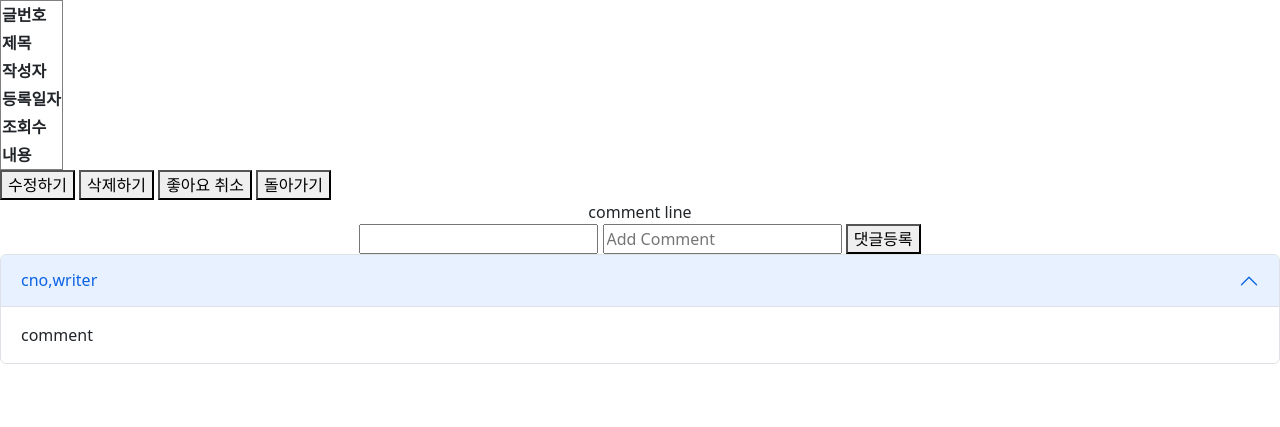
Repository: WoodongMaster/JSP_Workspace
Page: http://localhost/jsp_project/board/post.jsp
The author's editor kept a copy of each file at every save. The page is drawn from the files as they stood at one save, then again after the next save.
The browser window is 1280 px wide. The pictures show the whole page.
The page is served by Tomcat 9. The template is opened directly, without the code that normally fills it, so the values that code supplies are empty.

Above is the page before, as saved 2023-05-19 02:22:49.

After the next save:
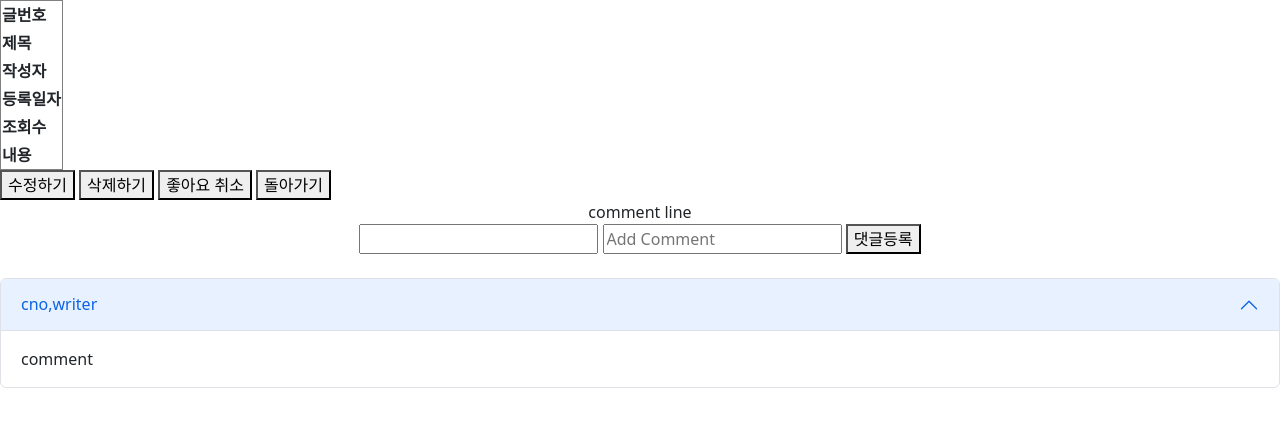
Saved 22 s later.
--- a/jsp_project3/jsp_project/src/main/webapp/board/post.jsp
+++ b/jsp_project3/jsp_project/src/main/webapp/board/post.jsp
@@ -73,9 +73,9 @@
 	<%-- 댓글 작성 라인 --%>
 	<input type="text" id="cmtWriter" value="${ses.id}" readonly="readonly">
 	<input type="text" id="cmtText" placeholder = "Add Comment">
-	<button type="button" id="cmtAddBtn">댓글등록</button><br>
+	<button type="button" id="cmtAddBtn">댓글등록</button>
 	</div>
-
+	<br>
 	<%-- 댓글 표시 라인 --%>
 <div class="accordion" id="accordionExample">
   <div class="accordion-item">
